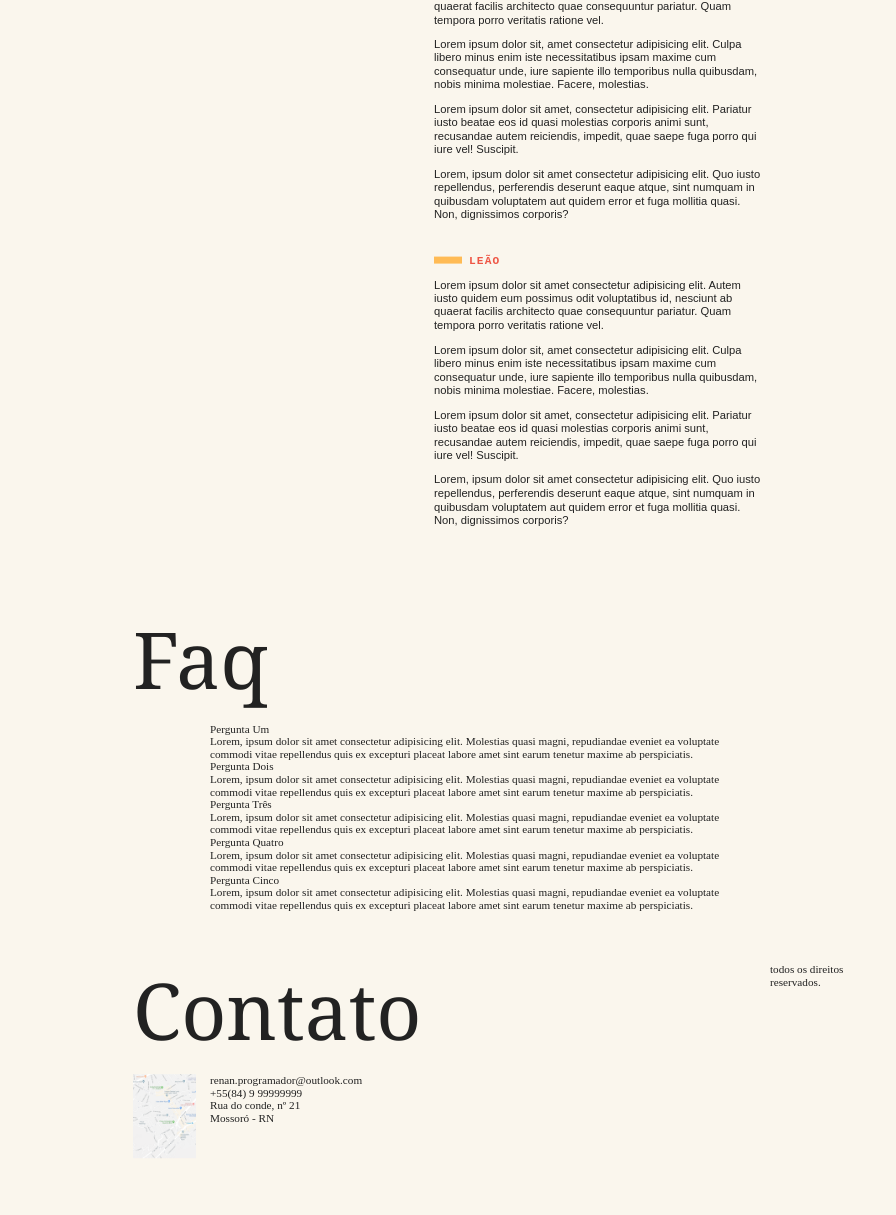
Repository: meiotera/animaisPagina
Page: index.html
The author's editor kept a copy of each file at every save. The page is drawn from the files as they stood at one save, then again after the next save.
The browser window is 1280 px wide. The pictures show the part of the page from y = 2211 to 4131 px (the page is 3946 px tall before and 4131 px after), at 70% of full size.

Above is the page before, as saved 2025-05-03 07:05:09.

### index.html
<!DOCTYPE html>
<html lang="pt-BR">

<head>
  <meta charset="UTF-8">
  <meta name="viewport" content="width=device-width, initial-scale=1.0">

  <link rel="stylesheet" href="css/style.css">
  <title>Animais</title>
</head>

<body>

  <nav class="menu">
    <ul>
      <li><a href="#animais">Animais</a></li>
      <li><a href="#faq">Faq</a></li>
      <li><a href="#contato">Contato</a></li>
      <li><a href="https://github.com/meiotera">Meu GitHub &rarr;</a></li>
    </ul>
  </nav>

  <section class="grid-section animais" id="animais">
    <h1 class="titulo">Animais Fantasticos</h1>

    <ul class="animais-lista">
      <li><img src="./img/imagem1.jpg" alt=""></li>
      <li><img src="./img/imagem2.jpg" alt=""></li>
      <li><img src="./img/imagem3.jpg" alt=""></li>
      <li><img src="./img/imagem4.jpg" alt=""></li>
      <li><img src="./img/imagem5.jpg" alt=""></li>
      <li><img src="./img/imagem6.jpg" alt=""></li>
    </ul>

    <div class="animais-descricao animais">
      <section class="animais">
        <h2>Raposa</h2>
        <p>Lorem ipsum dolor sit amet consectetur adipisicing elit. Autem iusto quidem eum possimus odit voluptatibus id, nesciunt ab quaerat facilis architecto quae consequuntur pariatur. Quam tempora porro veritatis ratione vel.</p>
        <p>Lorem ipsum dolor sit, amet consectetur adipisicing elit. Culpa libero minus enim iste necessitatibus ipsam maxime cum consequatur unde, iure sapiente illo temporibus nulla quibusdam, nobis minima molestiae. Facere, molestias.</p>
        <p>Lorem ipsum dolor sit amet, consectetur adipisicing elit. Pariatur iusto beatae eos id quasi molestias corporis animi sunt, recusandae autem reiciendis, impedit, quae saepe fuga porro qui iure vel! Suscipit.</p>
        <p>Lorem, ipsum dolor sit amet consectetur adipisicing elit. Quo iusto repellendus, perferendis deserunt eaque atque, sint numquam in quibusdam voluptatem aut quidem error et fuga mollitia quasi. Non, dignissimos corporis?</p>
      </section>

      <section>
        <h2>Esquilo</h2>
        <p>Lorem ipsum dolor sit amet consectetur adipisicing elit. Autem iusto quidem eum possimus odit voluptatibus id, nesciunt ab quaerat facilis architecto quae consequuntur pariatur. Quam tempora porro veritatis ratione vel.</p>
        <p>Lorem ipsum dolor sit, amet consectetur adipisicing elit. Culpa libero minus enim iste necessitatibus ipsam maxime cum consequatur unde, iure sapiente illo temporibus nulla quibusdam, nobis minima molestiae. Facere, molestias.</p>
        <p>Lorem ipsum dolor sit amet, consectetur adipisicing elit. Pariatur iusto beatae eos id quasi molestias corporis animi sunt, recusandae autem reiciendis, impedit, quae saepe fuga porro qui iure vel! Suscipit.</p>
        <p>Lorem, ipsum dolor sit amet consectetur adipisicing elit. Quo iusto repellendus, perferendis deserunt eaque atque, sint numquam in quibusdam voluptatem aut quidem error et fuga mollitia quasi. Non, dignissimos corporis?</p>
      </section>

      <section>
        <h2>Urso</h2>
        <p>Lorem ipsum dolor sit amet consectetur adipisicing elit. Autem iusto quidem eum possimus odit voluptatibus id, nesciunt ab quaerat facilis architecto quae consequuntur pariatur. Quam tempora porro veritatis ratione vel.</p>
        <p>Lorem ipsum dolor sit, amet consectetur adipisicing elit. Culpa libero minus enim iste necessitatibus ipsam maxime cum consequatur unde, iure sapiente illo temporibus nulla quibusdam, nobis minima molestiae. Facere, molestias.</p>
        <p>Lorem ipsum dolor sit amet, consectetur adipisicing elit. Pariatur iusto beatae eos id quasi molestias corporis animi sunt, recusandae autem reiciendis, impedit, quae saepe fuga porro qui iure vel! Suscipit.</p>
        <p>Lorem, ipsum dolor sit amet consectetur adipisicing elit. Quo iusto repellendus, perferendis deserunt eaque atque, sint numquam in quibusdam voluptatem aut quidem error et fuga mollitia quasi. Non, dignissimos corporis?</p>
      </section>

      <section>
        <h2>Lobo</h2>
        <p>Lorem ipsum dolor sit amet consectetur adipisicing elit. Autem iusto quidem eum possimus odit voluptatibus id, nesciunt ab quaerat facilis architecto quae consequuntur pariatur. Quam tempora porro veritatis ratione vel.</p>
        <p>Lorem ipsum dolor sit, amet consectetur adipisicing elit. Culpa libero minus enim iste necessitatibus ipsam maxime cum consequatur unde, iure sapiente illo temporibus nulla quibusdam, nobis minima molestiae. Facere, molestias.</p>
        <p>Lorem ipsum dolor sit amet, consectetur adipisicing elit. Pariatur iusto beatae eos id quasi molestias corporis animi sunt, recusandae autem reiciendis, impedit, quae saepe fuga porro qui iure vel! Suscipit.</p>
        <p>Lorem, ipsum dolor sit amet consectetur adipisicing elit. Quo iusto repellendus, perferendis deserunt eaque atque, sint numquam in quibusdam voluptatem aut quidem error et fuga mollitia quasi. Non, dignissimos corporis?</p>
      </section>

      <section>
        <h2>Macaco</h2>
        <p>Lorem ipsum dolor sit amet consectetur adipisicing elit. Autem iusto quidem eum possimus odit voluptatibus id, nesciunt ab quaerat facilis architecto quae consequuntur pariatur. Quam tempora porro veritatis ratione vel.</p>
        <p>Lorem ipsum dolor sit, amet consectetur adipisicing elit. Culpa libero minus enim iste necessitatibus ipsam maxime cum consequatur unde, iure sapiente illo temporibus nulla quibusdam, nobis minima molestiae. Facere, molestias.</p>
        <p>Lorem ipsum dolor sit amet, consectetur adipisicing elit. Pariatur iusto beatae eos id quasi molestias corporis animi sunt, recusandae autem reiciendis, impedit, quae saepe fuga porro qui iure vel! Suscipit.</p>
        <p>Lorem, ipsum dolor sit amet consectetur adipisicing elit. Quo iusto repellendus, perferendis deserunt eaque atque, sint numquam in quibusdam voluptatem aut quidem error et fuga mollitia quasi. Non, dignissimos corporis?</p>
      </section>

      <section>
        <h2>Leão</h2>
        <p>Lorem ipsum dolor sit amet consectetur adipisicing elit. Autem iusto quidem eum possimus odit voluptatibus id, nesciunt ab quaerat facilis architecto quae consequuntur pariatur. Quam tempora porro veritatis ratione vel.</p>
        <p>Lorem ipsum dolor sit, amet consectetur adipisicing elit. Culpa libero minus enim iste necessitatibus ipsam maxime cum consequatur unde, iure sapiente illo temporibus nulla quibusdam, nobis minima molestiae. Facere, molestias.</p>
        <p>Lorem ipsum dolor sit amet, consectetur adipisicing elit. Pariatur iusto beatae eos id quasi molestias corporis animi sunt, recusandae autem reiciendis, impedit, quae saepe fuga porro qui iure vel! Suscipit.</p>
        <p>Lorem, ipsum dolor sit amet consectetur adipisicing elit. Quo iusto repellendus, perferendis deserunt eaque atque, sint numquam in quibusdam voluptatem aut quidem error et fuga mollitia quasi. Non, dignissimos corporis?</p>
      </section>
    </div>
  </section>

  <section class="grid-section faq" id="faq">
    <h2 class="titulo">Faq</h2>

    <dl class="faq-lista">
      <dt>Pergunta Um</dt>
      <dd>Lorem, ipsum dolor sit amet consectetur adipisicing elit. Molestias quasi magni, repudiandae eveniet ea voluptate commodi vitae repellendus quis ex excepturi placeat labore amet sint earum tenetur maxime ab perspiciatis.</dd>

      <dt>Pergunta Dois</dt>
      <dd>Lorem, ipsum dolor sit amet consectetur adipisicing elit. Molestias quasi magni, repudiandae eveniet ea voluptate commodi vitae repellendus quis ex excepturi placeat labore amet sint earum tenetur maxime ab perspiciatis.</dd>

      <dt>Pergunta Três</dt>
      <dd>Lorem, ipsum dolor sit amet consectetur adipisicing elit. Molestias quasi magni, repudiandae eveniet ea voluptate commodi vitae repellendus quis ex excepturi placeat labore amet sint earum tenetur maxime ab perspiciatis.</dd>

      <dt>Pergunta Quatro</dt>
      <dd>Lorem, ipsum dolor sit amet consectetur adipisicing elit. Molestias quasi magni, repudiandae eveniet ea voluptate commodi vitae repellendus quis ex excepturi placeat labore amet sint earum tenetur maxime ab perspiciatis.</dd>

      <dt>Pergunta Cinco</dt>
      <dd>Lorem, ipsum dolor sit amet consectetur adipisicing elit. Molestias quasi magni, repudiandae eveniet ea voluptate commodi vitae repellendus quis ex excepturi placeat labore amet sint earum tenetur maxime ab perspiciatis.</dd>
    </dl>
  </section>

  <section class="grid-section contato" id="contato">
    <h2 class="titulo">Contato</h2>

    <div class="mapa">
      <img src="img/mapa.png" alt="mapa">
    </div>

    <ul class="dados">
      <li>renan.programador@outlook.com</li>
      <li>+55(84) 9 99999999</li>
      <li>Rua do conde, nº 21</li>
      <li>Mossoró - RN</li>
    </ul>
  </section>


  <footer class="footer copy">
    <p>todos os direitos reservados.</p>
  </footer>
  <script src="script.js"></script>
</body>

</html>

### css/style.css
body,
h1,
h2,
h3,
ul,
li,
p,
dd,
dt,
dl,
a {
  margin: 0;
  padding: 0;
  list-style: none;
  text-decoration: none;
}

img {
  display: block;
  max-width: 100%;
}

body {
  background-color: #faf6ed;
  color: #222;
  display: grid;
  /* Colunas organizadas */
  grid-template-columns: 1fr 120px minmax(300px, 800px) 1fr;
}

/* MENU */
.menu {
  grid-column: 3/5;
  margin-top: 2rem;
  margin-bottom: 2rem;
  background-color: #fd5;
}

.menu ul {
  display: flex;
  flex-wrap: wrap;
  padding: 10px;
}

.menu li a {
  display: block;
  padding: 10px;
  margin-right: 10px;
  color: #222;
  text-decoration: none;
  font-family: monospace;
  font-weight: bold;
  text-transform: uppercase;
  font-size: 0.875rem;
  letter-spacing: 0.1rem;
}

/* Sessões */
.grid-section {
  grid-column: 2/4;
  width: 100%;
  box-sizing: border-box;
  padding: 10px;
  display: grid;
  grid-template-columns: 90px 300px 1fr;
  grid-gap: 20px;
  margin-bottom: 4rem;
}

.titulo {
  font-family: Georgia, 'Times New Roman', Times, serif;
  font-size: 7rem;
  line-height: 1;
  font-weight: normal;
  margin-bottom: 1rem;
  grid-column: 1/4;
}

.animais h2 {
  font-family: monospace;
  font-size: 1rem;
  text-transform: uppercase;
  letter-spacing: 0.1em;
  margin-bottom: 1rem;
  color: #e54;
}

.animais h2::before {
  content: '';
  display: inline-block;
  width: 40px;
  height: 10px;
  margin-right: 10px;
  background-color: #fb5;
}

.animais p {
  font-family: Arial, Helvetica, sans-serif;
  line-height: 1.2;
  margin-bottom: 1rem;
}

.animais-lista {
  height: 370px;
  overflow-y: scroll;
  grid-column: 2;
}

/* Scroll */
.animais-lista::-webkit-scrollbar {
  width: 20px;
}

.animais-lista::-webkit-scrollbar-thumb {
  background-color: #fb5;
  border-left: 4px solid #faf6ed;
  border-right: 4px solid #faf6ed;
}

.animais-lista::-webkit-scrollbar-track {
  background-color: #faf6ed;
}

.animais-descricao {
  grid-column: 3;
}

.animais-descricao section {
  margin-bottom: 3rem;
}

.faq-lista {
  grid-column: 2/4;
}

Loaded but not shown: script.js (no copy from this time; the picture is the same without it)

After the next save:
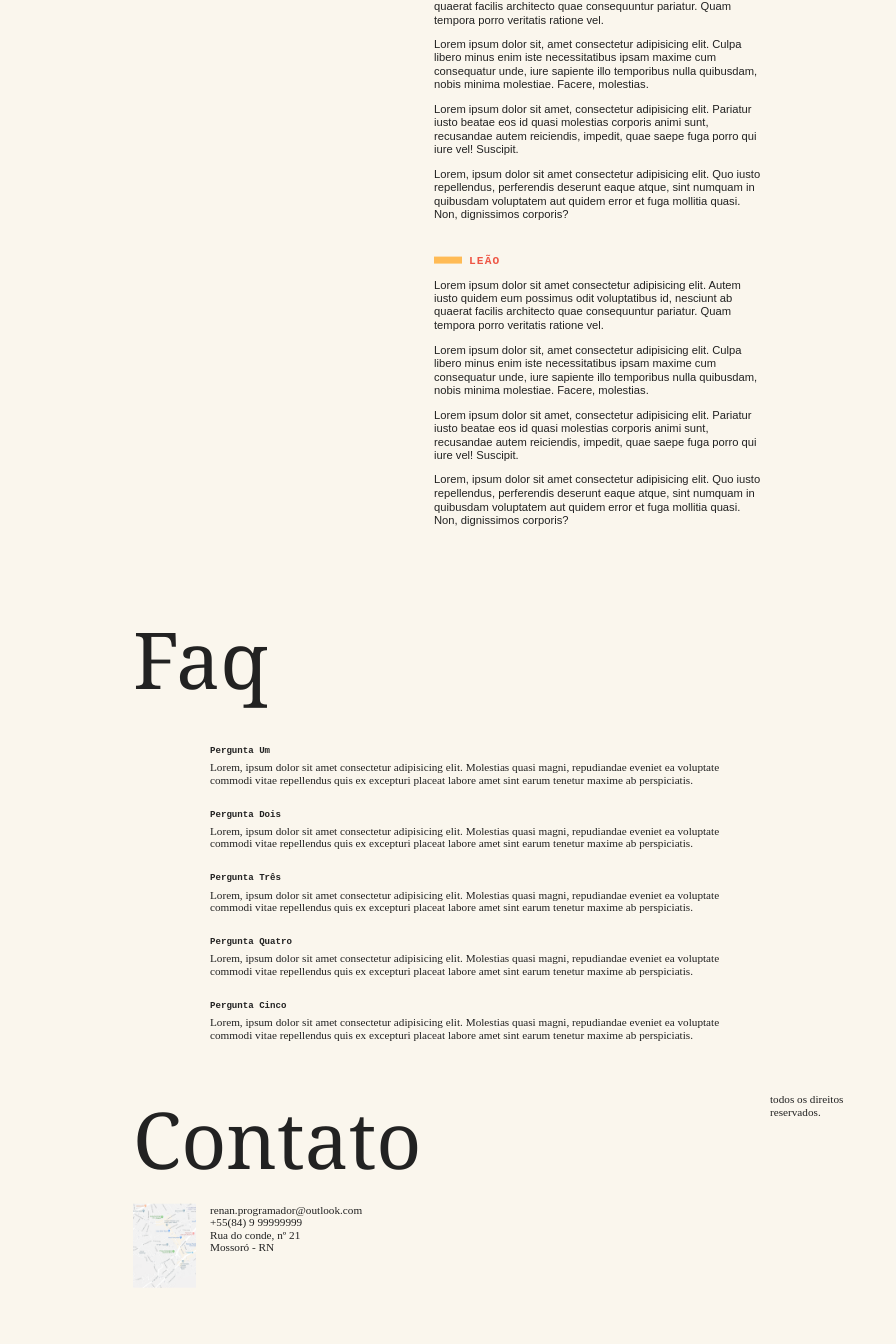
Saved 51 s later.
--- a/css/style.css
+++ b/css/style.css
@@ -132,3 +132,10 @@
 .faq-lista {
   grid-column: 2/4;
 }
+
+.faq-lista dt {
+  font-family: monospace;
+  font-weight: bold;
+  margin-top: 2rem;
+  margin-bottom: 0.5rem;
+}
